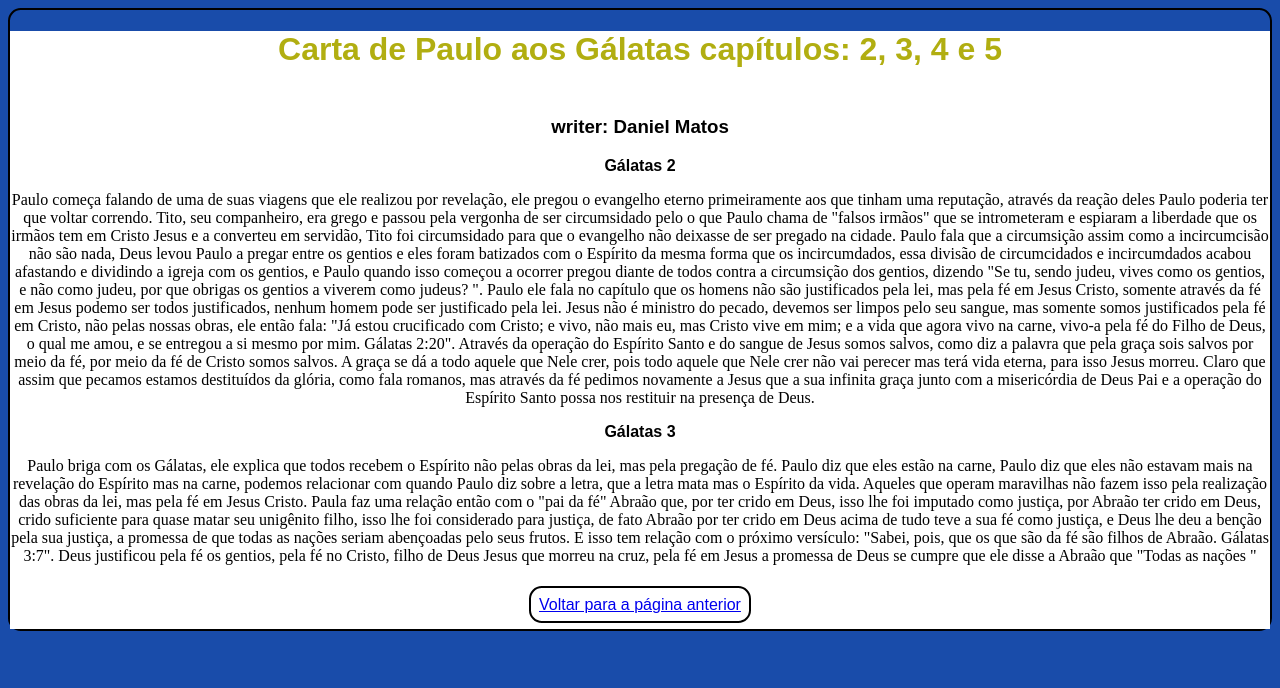
Repository: batmit/FutureFundation.github.io-1
Page: menu/articles/cristianism/importantchapters/galatians.html
An editor plug-in stored every save of this project. The page is shown before and after the next save, followed by the edit.
The browser window is 1280 px wide. The pictures show the whole page.

Above is the page before, as saved 2021-07-12 11:54:44.

### menu/articles/cristianism/importantchapters/galatians.html
<!DOCTYPE html>
<html lang="pt-BR">
<head>
    <meta charset="UTF-8">
    <meta http-equiv="X-UA-Compatible" content="IE=edge">
    <meta name="viewport" content="width=device-width, initial-scale=1.0">
    <title>Gálatas 2, 3, 4 e 5</title>
    <link rel="stylesheet" href="/menu/main.css">
</head>
<body>
    <div id="all">
        <header>
            <h1>
                Carta de Paulo aos Gálatas capítulos: 2, 3, 4 e 5
            </h1>
            <h3>
                writer: Daniel Matos
            </h3>
        </header>

        <strong>Gálatas 2</strong>

        <p>Paulo começa falando de uma de suas viagens que ele realizou por revelação, ele pregou o evangelho eterno primeiramente aos que tinham uma reputação, através da reação deles Paulo poderia ter que voltar correndo. Tito, seu companheiro, era grego e passou pela vergonha de ser circumsidado pelo o que Paulo chama de "falsos irmãos" que se intrometeram e espiaram a liberdade que os irmãos tem em Cristo Jesus e a converteu em servidão, Tito foi circumsidado para que o evangelho não deixasse de ser pregado na cidade. Paulo fala que a circumsição assim como a incircumcisão não são nada, Deus levou Paulo a pregar entre os gentios e eles foram batizados com o Espírito da mesma forma que os incircumdados, essa divisão de circumcidados e incircumdados acabou afastando e dividindo a igreja com os gentios, e Paulo quando isso começou a ocorrer pregou diante de todos contra a circumsição dos gentios, dizendo "Se tu, sendo judeu, vives como os gentios, e não como judeu, por que obrigas os gentios a viverem como judeus? ". Paulo ele fala no capítulo que os homens não são justificados pela lei, mas pela fé em Jesus Cristo, somente através da fé em Jesus podemo ser todos justificados, nenhum homem pode ser justificado pela lei. Jesus não é ministro do pecado, devemos ser limpos pelo seu sangue, mas somente somos justificados pela fé em Cristo, não pelas nossas obras, ele então fala: "Já estou crucificado com Cristo; e vivo, não mais eu, mas Cristo vive em mim; e a vida que agora vivo na carne, vivo-a pela fé do Filho de Deus, o qual me amou, e se entregou a si mesmo por mim.

            Gálatas 2:20". Através da operação do Espírito Santo e do sangue de Jesus somos salvos, como diz a palavra que pela graça sois salvos por meio da fé, por meio da fé de Cristo somos salvos. A graça se dá a todo aquele que Nele crer, pois todo aquele que Nele crer não vai perecer mas terá vida eterna, para isso Jesus morreu. Claro que assim que pecamos estamos destituídos da glória, como fala romanos, mas através da fé pedimos novamente a Jesus que a sua infinita graça junto com a misericórdia de Deus Pai e a operação do Espírito Santo possa nos restituir na presença de Deus. </p>

        <strong>Gálatas 3</strong>

    <p>Paulo briga com os Gálatas, ele explica que todos recebem o Espírito não pelas obras da lei, mas pela pregação de fé. Paulo diz que eles estão na carne, Paulo diz que eles não estavam mais na revelação do Espírito mas na carne, podemos relacionar com quando Paulo diz sobre a letra, que a letra mata mas o Espírito da vida. Aqueles que operam maravilhas não fazem isso pela realização das obras da lei, mas pela fé em Jesus Cristo. Paula faz uma relação então com o "pai da fé" Abraão que, por ter crido em Deus, isso lhe foi imputado como justiça, por Abraão ter crido em Deus, crido suficiente para quase matar seu unigênito filho, isso lhe foi considerado para justiça, de fato Abraão por ter crido em Deus acima de tudo teve a sua fé como justiça, e Deus lhe deu a benção pela sua justiça, a promessa de que todas as nações seriam abençoadas pelo seus frutos. E isso tem relação com o próximo versículo: "Sabei, pois, que os que são da fé são filhos de Abraão.

        Gálatas 3:7". Deus justificou pela fé os gentios, pela fé no Cristo, filho de Deus Jesus que morreu na cruz, pela fé em Jesus a promessa de Deus se cumpre que ele disse a Abraão que "Todas as nações "</p>

        <a href="/menu/articles/cristianism/chaptersimportant.html">Voltar para a página anterior</a>
    </div>
</body>
</html>

### menu/main.css
body{

    text-align: center;

    border: black 2px solid;

    border-radius: 0.8rem;

    font-family: 'Poppins', sans-serif;

    background-color: #194caa;


}

#articles {
    gap: 3px;
}

#all{

    background-color: white;

}


#codigo{
    text-align:left;

}


img{
    text-align: center;
    justify-content: center;

}

p{

    font-family: 'Poppins';

}
a{
    border: 2px solid black;

    border-radius: 0.8rem;

    box-sizing: border-box;

    padding: 0.5rem;

    line-height:3rem;

    margin: 2px;


}

a:hover{

    background-color:rgb(80, 158, 231);

}

h1{

    margin-bottom: 3rem;

    color: rgb(177, 174, 17);

}

audio {
    -webkit-transition:all 0.5s linear;
    -moz-transition:all 0.5s linear;
    -o-transition:all 0.5s linear;
    transition:all 0.5s linear;
    -moz-box-shadow: 2px 2px 4px 0px #006773;
    -webkit-box-shadow:  2px 2px 4px 0px #006773;
    box-shadow: 2px 2px 4px 0px #006773;
    -moz-border-radius:7px 7px 7px 7px ;
    -webkit-border-radius:7px 7px 7px 7px ;
    border-radius:7px 7px 7px 7px ;
}

audio:hover, audio:focus, audio:active {

-webkit-box-shadow: 15px 15px 20px rgba(0,0, 0, 0.4);
-moz-box-shadow: 15px 15px 20px rgba(0,0, 0, 0.4);
box-shadow: 15px 15px 20px rgba(0,0, 0, 0.4);
-webkit-transform: scale(1.05);
-moz-transform: scale(1.05);
transform: scale(1.05);

}



@media (max-width: 900px) {


    a{

        display: block;
        line-height: 0.5rem;
        padding: 1rem;

    }

    #img{
        text-align: right;
    }

}

@media (prefers-color-scheme: dark) {
    #all{

        background-color: black;

    }

    h1{
        color: white
    }

    p{
        color: white;
    }

    a{
        background-color: aqua;
    }

    h3{
        color: white;
    }

    strong {
        color: white;
    }


}

After the next save:
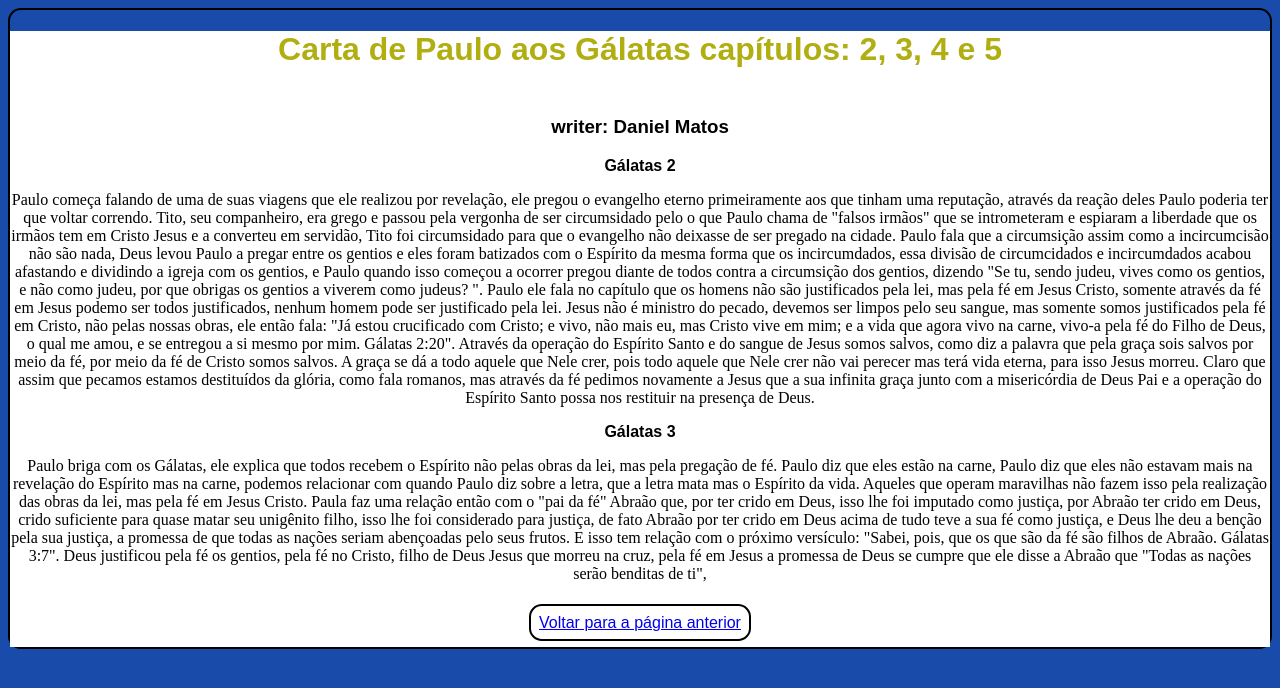
Saved 10 s later.
--- a/menu/articles/cristianism/importantchapters/galatians.html
+++ b/menu/articles/cristianism/importantchapters/galatians.html
@@ -28,7 +28,7 @@
 
     <p>Paulo briga com os Gálatas, ele explica que todos recebem o Espírito não pelas obras da lei, mas pela pregação de fé. Paulo diz que eles estão na carne, Paulo diz que eles não estavam mais na revelação do Espírito mas na carne, podemos relacionar com quando Paulo diz sobre a letra, que a letra mata mas o Espírito da vida. Aqueles que operam maravilhas não fazem isso pela realização das obras da lei, mas pela fé em Jesus Cristo. Paula faz uma relação então com o "pai da fé" Abraão que, por ter crido em Deus, isso lhe foi imputado como justiça, por Abraão ter crido em Deus, crido suficiente para quase matar seu unigênito filho, isso lhe foi considerado para justiça, de fato Abraão por ter crido em Deus acima de tudo teve a sua fé como justiça, e Deus lhe deu a benção pela sua justiça, a promessa de que todas as nações seriam abençoadas pelo seus frutos. E isso tem relação com o próximo versículo: "Sabei, pois, que os que são da fé são filhos de Abraão.
 
-        Gálatas 3:7". Deus justificou pela fé os gentios, pela fé no Cristo, filho de Deus Jesus que morreu na cruz, pela fé em Jesus a promessa de Deus se cumpre que ele disse a Abraão que "Todas as nações "</p>
+        Gálatas 3:7". Deus justificou pela fé os gentios, pela fé no Cristo, filho de Deus Jesus que morreu na cruz, pela fé em Jesus a promessa de Deus se cumpre que ele disse a Abraão que "Todas as nações serão benditas de ti", </p>
 
         <a href="/menu/articles/cristianism/chaptersimportant.html">Voltar para a página anterior</a>
     </div>
